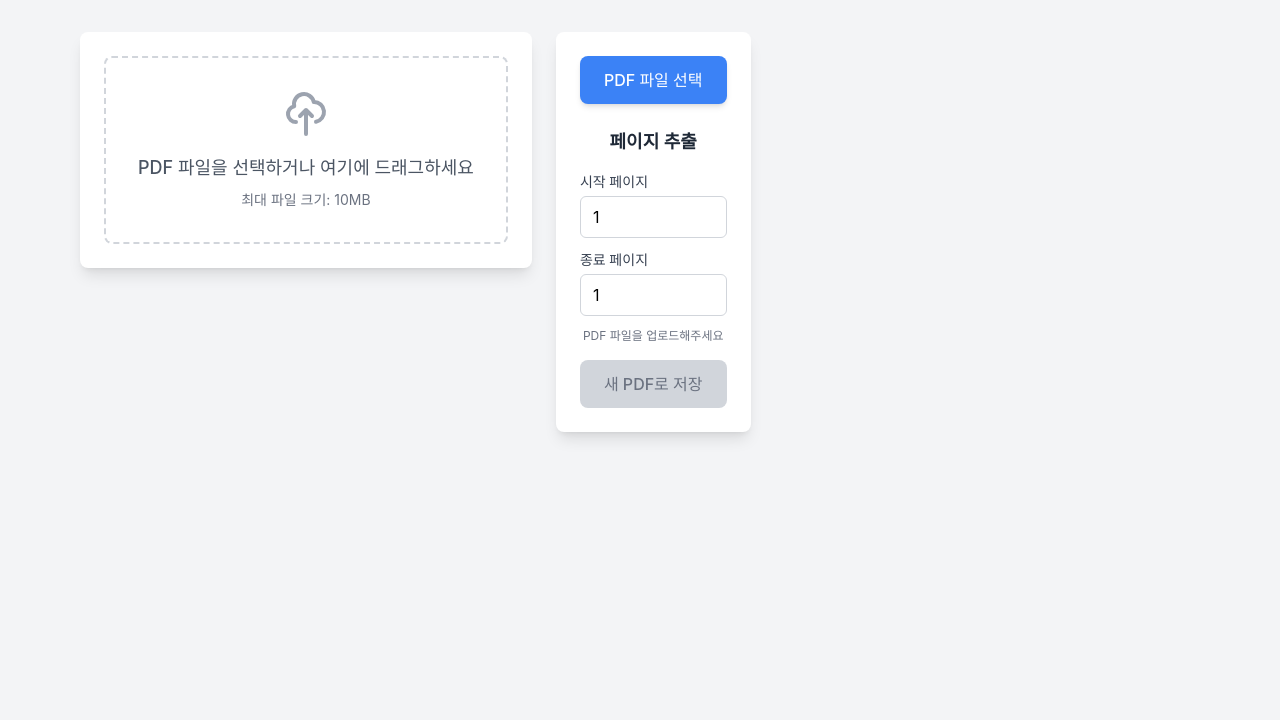
Repository: orcaCrew/PDF-Handler
Page: /
An editor plug-in stored every save of this project. The page is shown before and after the next save, followed by the edit.
The browser window is 1280 px wide. The pictures show the whole page.
The project was rebuilt for these pictures with package versions that can differ from the ones it lists, and the page was loaded fresh each time.

Above is the page before, as saved 2025-07-18 17:51:29.

After the next save:
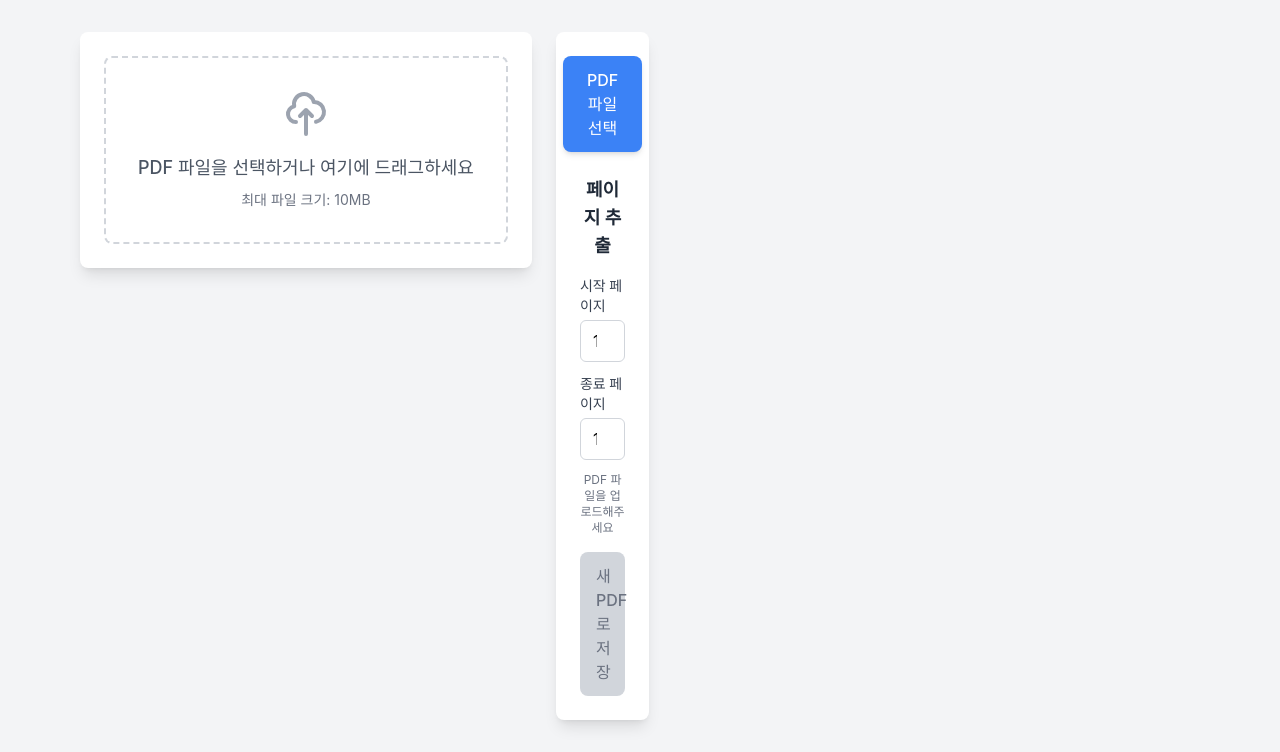
Saved 11 s later.
--- a/src/App.js
+++ b/src/App.js
@@ -311,7 +311,7 @@ function App() {
           </div>
 
           {/* 선택 버튼 영역 */}
-          <div className="lg:w-1/10">
+          <div className="lg:w-1/12">
             <div className="bg-white rounded-lg shadow-lg p-6 space-y-6">
               <div className="flex justify-center">
                 <button
